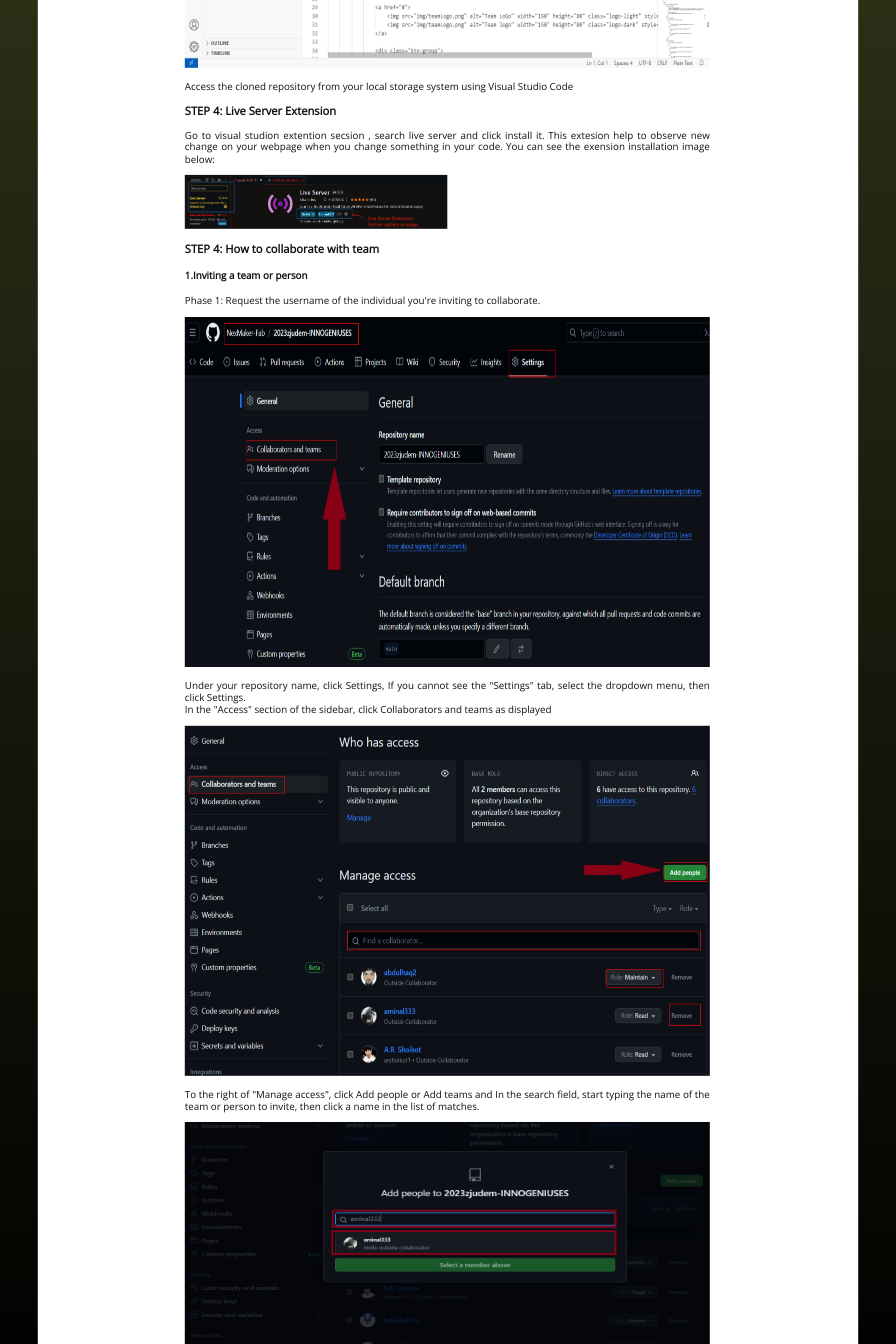
Repository: NexMaker-Fab/2023zjudem-INNOGENIUSES
Page: build web/page1.html
An editor plug-in stored every save of this project. The page is shown before and after the next save, followed by the edit.
The browser window is 1280 px wide. The pictures show the part of the page from y = 3637 to 5557 px (the page is 7563 px tall before and 7639 px after), at 70% of full size.

Above is the page before, as saved 2023-11-27 00:28:52.

### build web/page1.html
<!DOCTYPE html>
<html lang="en">

<head>
    <meta charset="utf-8">
    <meta http-equiv="X-UA-Compatible" content="IE=edge">
    <link rel="icon" href="img/favicon.ico" type="image/x-icon">
    <title>Build Website</title>
    <meta name="viewport" content="width=device-width, initial-scale=1">
    <!-- <meta name="Description" lang="en" content="open source x/html and css templates"> -->
    <meta name="author" content="mlp design">
    <meta name="robots" content="index, follow">
    <link rel="stylesheet" href="styles.css">
</head>

<body>
    <!--start wrapper-->
    <div id="wrapper">

        <!--start body-->
        <div id="body">

            <!--start header-->
            <div id="banner">
                <h1>HOW TO BUILD <em>WEB</em> </h1>
                <p></p>
                <!-- menu -->
                <label for="show-menu" class="responsive">&#9776;</label>
                <input type="checkbox" id="show-menu" role="button">
                <ul id="topnav">
                    <!-- <li><a class="active">Home</a></li> -->

                </ul>
                <!-- end menu -->
            </div>
            <!--end of header-->
            <!--start sidebar-->
            <div id="sidebar">
                <h2>GitHub</h2>
                <p>GitHub, is a platform and cloud-based service for software development and version control using Git, allowing developers to store and manage their code. It provides the distributed version control of Git plus access control, bug tracking,
                    software feature requests, task management, continuous integration, and wikis for every project. Headquartered in California, it has been a subsidiary of Microsoft since 2018. It is commonly used to host open source software development
                    projects.As of January 2023, GitHub reported having over 100 million developers and more than 372 million repositories, including at least 28 million public repositories.</p>

                <h2>Visual Studio Code</h2>
                <p>Visual Studio Code, also commonly referred to as VS Code,[12] is a source-code editor made by Microsoft with the Electron Framework, for Windows, Linux and macOS.[13] Features include support for debugging, syntax highlighting, intelligent
                    code completion, snippets, code refactoring, and embedded Git. Users can change the theme, keyboard shortcuts, preferences, and install extensions that add functionality. In the Stack Overflow 2023 Developer Survey, Visual Studio Code
                    was ranked the most popular developer environment tool among 86,544 respondents, with 73.71% reporting that they use it. It increased its use among those learning to code versus those developing as a profession (78% vs. 74%). </p>
            </div>
            <div class="clear"></div>
            <!--end of sidebar-->

            <!--start containter-->
            <div id="container">

                <!--start content-->
                <div id="content">
                    <!--post item-->
                    <div class="item">
                        <h3>STEP1: Prepare</h3>
                        <p>Setting up all essential tools for constructing the webpage:</p>

                        <ul>
                            <li><a href="https://git-scm.com/downloads">Git</a></li>
                            <li><a href="https://github.com">GitHub</a> </li>
                            <li><a href="https://desktop.github.com">GitHub desktop</a> </li>
                            <li><a href="https://code.visualstudio.com">VScode</a></li>
                            <li><a href="https://nodejs.org/en/about">Nodejs</a> </li>
                        </ul>

                        <h3>STEP 2: Pointers</h3>
                        <p>Visit <a href="https://github.com">Github</a> to create a repository; if needed, sign up. Once there, make your repository and set it Public so it's accessible to online users. Remember to add a README file—it's the place for a
                            detailed project description.
                        </p>
                        <img src="img/Create Repo 1.png" <figure>
                        <p>
                            <b>Note:</b>In this image repository, the owner is identified as aminal333. However, when working within an organization, the organization's name should be displayed instead.

                        </p>
                        </figure>

                        <img src="img/Create repo 2.png" <figure>
                        <p></p>
                        </figure>

                        <img src="img/git page.jpg" <figure>


                        </figure>

                        <h3>STEP 3: Local Settings</h3>
                        <p>Open GitHub Desktop, clone the repository you've created before, and then proceed to open it in Visual Studio Code.</p>
                        <img src="img/gitclone1.png" <figure>
                        <p> </p>
                        </figure>
                        <img src="img/clone open vs.png" <figure>
                        <p>Access the cloned repository from your local storage system using Visual Studio Code</p>
                        </figure>

                        <!-- Ramiz update-->

                        <h3>STEP 4: Live Server Extension</h3>
                        <p>Go to visual studion extention secsion , search live server and click install it. This extesion help to observe new change on your webpage when you change something in your code. You can see the exension installation image below:
                        </p>
                        <img src="img/Live Server.png" style="width:50%; height: fit-content;">

                        <h3>STEP 4: How to collaborate with team</h3>
                        <h4>1.Inviting a team or person</h4>
                        <p>Phase 1: Request the username of the individual you're inviting to collaborate.</p>

                        <img src="img/AA.png" <figure>
                        <p> Under your repository name, click Settings, If you cannot see the "Settings" tab, select the dropdown menu, then click Settings.<br> In the "Access" section of the sidebar, click Collaborators and teams as displayed </p>
                        </figure>
                        <img src="img/BB.png" <figure>
                        <p>To the right of "Manage access", click Add people or Add teams and In the search field, start typing the name of the team or person to invite, then click a name in the list of matches.
                        </p>
                        </figure>
                        <img src="img/CC.png" <figure>
                        <p>In the search field, start typing the name of the team or person to invite, then click a name in the list of matches.</p>
                        </figure>
                        <img src="img/DD.png" <figure>
                        <p> Under "Choose a role", select the repository role to grant to the team or person</p>
                        </figure>
                        <img src="img/EE.png" <figure>
                        <p>Under "Manage access", next to the team or person whose access you'd like to remove, click Remove</p>
                        </figure>
                        <img src="img/FF.png" <figure>
                        <p>Using this search box, you can easily find your team member</p>
                        </figure>

                    </div>
                    <!--another post item-->

                    <!--end of another post item-->
                </div>
                <!--end of content-->

            </div>
            <!--end of container-->

        </div>
        <!--end of body-->

        <!--start footer-->
        <div id="footer">
            <span class="left">2023 &copy; Copyright <a href="#">Allcode</a>. All rights reserved.</span>
            <p class="show-footer">2023 &copy; Copyright <a href="#">InnoGeniuses</a>. All rights reserved.<br /><a href="#">Contact</a> | </p>
        </div>
        <!--end of footer-->

    </div>
    <!--end of wrapper-->

    <!--start credits-->
    <!--//Under CC-NC 3.0, this portion must be left intact and must not be hidden.//-->
    <div id="credits">
        <span><a href="#" title="CSS &amp; ">CSS &amp; HTML</a> by InnoGeniuses<br />IDE@ZJU
    </div>
    <!--end of credits-->

</body>

</html>

### build web/styles.css
/*
Template Name: mlpdesign07.1 Khaki
Version: Pure CSS version
Author:webmasterneo, MLP Design
Author URI: http://www.mlpdesign.net/
*/


/* Global Settings */

@import url(https://fonts.googleapis.com/css?family=Open+Sans);
body {
    background: #000;
    background: -moz-linear-gradient(top, #7c803d 0%, #000000 75%, #000000 100%);
    background: -webkit-gradient(left top, left bottom, color-stop(0%, #7c803d), color-stop(75%, #000000), color-stop(100%, #000000));
    background: -webkit-linear-gradient(top, #7c803d 0%, #000000 75%, #000000 100%);
    background: -o-linear-gradient(top, #7c803d 0%, #000000 75%, #000000 100%);
    background: -ms-linear-gradient(top, #7c803d 0%, #000000 75%, #000000 100%);
    background: linear-gradient(to bottom, #7c803d 0%, #000000 75%, #000000 100%);
    filter: progid: DXImageTransform.Microsoft.gradient( startColorstr='#7c803d', endColorstr='#000000', GradientType=0);
    color: #111;
    margin: 0;
    font-family: 'Open Sans', sans-serif;
    font-size: 14px;
    line-height: 18px;
    min-width: 600px;
}

h1 {
    font-size: 40px;
    line-height: 24px;
}

h2 {
    font-size: 18px;
    line-height: 22px;
}

h3 {
    font-size: 16px;
    line-height: 20px;
}

a {
    background-color: inherit;
    color: rgb(0, 38, 255)122, 102, 153;
    text-decoration: none;
}

a:hover {
    text-decoration: underline;
}

blockquote {
    background-color: inherit;
    color: #999;
    font: italic 15px "Times New Roman", serif;
    border-left: 5px solid #996;
    padding: 2px 15px;
}


/* Wrapper Settings */

#wrapper {
    background: #fff;
    border: none;
    padding: 10px;
    margin: 1% auto;
    width: 90%;
}

#body {
    margin: 0;
}

#container {
    border-left: 50px;
    padding: 0;
    margin: 0;
}


/* Other Settings*/

#banner {
    position: relative;
    padding: 10px;
    height: 175px;
    border: 0px;
    color: #fff;
    background: #abab83;
    background: -moz-linear-gradient(top, #abab83 0%, #abab83 0%, #abab83 50%, #a1a172 51%, #a1a172 100%);
    background: -webkit-gradient(left top, left bottom, color-stop(0%, #abab83), color-stop(0%, #abab83), color-stop(50%, #abab83), color-stop(51%, #a1a172), color-stop(100%, #a1a172));
    background: -webkit-linear-gradient(top, #abab83 0%, #abab83 0%, #abab83 50%, #a1a172 51%, #a1a172 100%);
    background: -o-linear-gradient(top, #abab83 0%, #abab83 0%, #abab83 50%, #a1a172 51%, #a1a172 100%);
    background: -ms-linear-gradient(top, #abab83 0%, #abab83 0%, #abab83 50%, #a1a172 51%, #a1a172 100%);
    background: linear-gradient(to bottom, #abab83 0%, #abab83 0%, #abab83 50%, #a1a172 51%, #a1a172 100%);
    filter: progid: DXImageTransform.Microsoft.gradient( startColorstr='#abab83', endColorstr='#a1a172', GradientType=0);
}

#banner h1 {
    font-size: 32px;
}

#banner h1 em {
    font-style: normal;
    text-decoration: none;
    color: #111;
}

#show-menu {
    display: none;
}

.responsive {
    background-color: inherit;
    color: #fff;
    text-align: left;
    font-weight: normal;
    font-size: 1.5em;
    padding: 0;
    position: absolute;
    top: 80%;
    display: none;
}

ul#topnav {
    list-style-type: none;
    margin: 0 0 0 1%;
    display: table;
    padding: 0;
    overflow: hidden;
    width: 60%;
    position: absolute;
    bottom: 0;
}

ul#topnav li {
    display: table-cell;
    text-align: center;
}

ul#topnav li a {
    background: #333;
    color: #999;
    border: none;
    display: block;
    margin-right: 5px;
    padding: 5px 0px;
    text-decoration: none;
    font-size: 12px;
}

ul#topnav li a.active,
ul#topnav li a.active:hover {
    background: #fff;
    color: #333;
}

ul#topnav li a:hover {
    background: #cc9;
    color: #111;
}

#sidebar {
    background: #fff;
    float: right;
    width: 200px;
    margin: -175px 1% 50px auto;
    padding: 15px;
    font-size: 12px;
    -webkit-box-shadow: 25px 0px 25px -25px rgba(0, 0, 0, 0.45), -25px 0px 25px -25px rgba(0, 0, 0, 0.45);
    -moz-box-shadow: 25px 0px 25px -25px rgba(0, 0, 0, 0.45), -25px 0px 25px -25px rgba(0, 0, 0, 0.45);
    box-shadow: 25px 0px 25px -25px rgba(0, 0, 0, 0.45), -25px 0px 25px -25px rgba(0, 0, 0, 0.45);
    position: relative;
}

#sidebar h2 {
    background-color: inherit;
    color: #996;
    font: normal 16px Arial, sans-serif;
    border-bottom: 2px solid #996;
    padding: 8px 0 5px 0;
}

#sidebar ul {
    list-style: none;
    padding: 2px;
    margin: 0;
}

#sidebar ul li {
    list-style-position: inside;
    padding: 0 0 10px 20px;
    text-indent: -1em;
}

#sidebar ul li a {
    background-color: inherit;
    color: #333;
    text-decoration: none;
    padding: 5px 2px;
    display: block;
}

#sidebar ul li a:hover {
    background-color: #cc9;
    color: #fff;
}

#sidebar ul li a:before {
    content: "\00BB  ";
    color: #996;
}

#content {
    text-align: left;
    padding: 20px;
    width: 750px;
    padding-left: 200px;
}

#content h1 {
    font: normal 18px Arial, sans-serif;
    padding: 0;
}

#content ul {
    list-style: none;
}

#content ul li {
    padding: 2px 0 2px 10px;
    margin: 0;
}

#content ul li:before {
    content: "\00BB  ";
    color: rgb(51, 0, 255);
}

#content .item {
    line-height: 1.25em;
    margin: 0;
}

#content .item p {
    text-align: justify;
}

#content .item b {
    text-align: justify;
    color: red;
}

#content .item span {
    background-color: inherit;
    color: #999;
    font-size: 11px;
}

#content .item img {
    width: 750px;
    height: 500px;
}

#footer {
    padding: 10px;
    height: 20px;
    border: 0px;
    color: #333;
    font-size: 12px;
    background: #abab83;
    background: -moz-linear-gradient(top, #abab83 0%, #abab83 0%, #abab83 50%, #a1a172 51%, #a1a172 100%);
    background: -webkit-gradient(left top, left bottom, color-stop(0%, #abab83), color-stop(0%, #abab83), color-stop(50%, #abab83), color-stop(51%, #a1a172), color-stop(100%, #a1a172));
    background: -webkit-linear-gradient(top, #abab83 0%, #abab83 0%, #abab83 50%, #a1a172 51%, #a1a172 100%);
    background: -o-linear-gradient(top, #abab83 0%, #abab83 0%, #abab83 50%, #a1a172 51%, #a1a172 100%);
    background: -ms-linear-gradient(top, #abab83 0%, #abab83 0%, #abab83 50%, #a1a172 51%, #a1a172 100%);
    background: linear-gradient(to bottom, #abab83 0%, #abab83 0%, #abab83 50%, #a1a172 51%, #a1a172 100%);
    filter: progid: DXImageTransform.Microsoft.gradient( startColorstr='#abab83', endColorstr='#a1a172', GradientType=0);
    clear: both;
}

#footer a {
    background-color: inherit;
    color: #333;
}

#footer a:hover {
    background-color: inherit;
    color: #fff;
    text-decoration: none;
}

#footer span.left {
    text-align: left;
    padding-left: 15px;
    float: left;
}

#footer span.right {
    text-align: right;
    padding-right: 15px;
    float: right;
}

#footer p.show-footer {
    margin: 0;
    display: none;
}

#credits {
    width: 90%;
    background-color: inherit;
    color: #999;
    position: relative;
    bottom: 0;
    padding: 10px 0;
    font: normal 11px Arial, sans-serif;
    text-align: right;
    margin: 0 auto;
}

#credits a {
    background-color: inherit;
    color: #999;
    text-decoration: none;
}

#credits a:hover {
    background-color: inherit;
    color: #fff;
    text-decoration: none;
}


/* Begin responsive styles */

@media screen and (max-width: 700px) {
    body {
        font-size: 12px;
    }
    blockquote {
        font-size: 13px;
        border-left-width: 3px;
        padding: 1px 5px 1px 10px;
        margin: 0;
    }
    /* banner */
    /*#banner { height:170px;}*/
    #banner h1 {
        font-size: 28px;
    }
    #banner p {
        width: 60%;
    }
    /* menu */
    ul#topnav {
        display: none;
    }
    .responsive {
        display: block;
    }
    #show-menu:checked~ul#topnav {
        display: block;
        position: absolute;
        top: 100%;
        width: 50%;
        margin: 0 0 0 -8%;
        overflow: visible;
    }
    ul#topnav li {
        display: block;
        text-align: left;
        margin: 0 0 1px 15%;
    }
    ul#topnav li a {
        padding-left: 20px;
        border-radius: 0px;
        -moz-border-radius: 0px;
        -webkit-border-radius: 0px;
        font-size: 10px;
    }
    /*ul#topnav li a:hover { background: rgba(255,0,85,1); color:rgba(255,255,255,255);}*/
    ul#topnav li a.active,
    ul#topnav li a.active:hover {
        background: #eee;
        color: #000;
    }
    /* sidebar */
    #sidebar {
        width: 28%;
        padding: 5px;
        font-size: 10px;
        line-height: 1.25em;
    }
    #sidebar h2 {
        font-size: 12px;
    }
    /* content */
    #content {
        margin-right: 33%;
    }
    #content h1 {
        font-size: 14px;
        font-weight: bold;
    }
    #content .item span {
        font-size: 10px;
    }
    #content ul {
        margin-left: 0;
        padding-left: 0;
    }
    #content ul li {
        margin-left: 0;
        padding-left: 0;
    }
    /* footer */
    #footer {
        font-size: 10px;
        text-align: center;
        padding-bottom: 20px;
    }
    #footer span {
        display: none;
    }
    #footer p.show-footer {
        display: block;
    }
    #credits {
        font-size: 80%;
        text-align: center;
    }
}

After the next save:
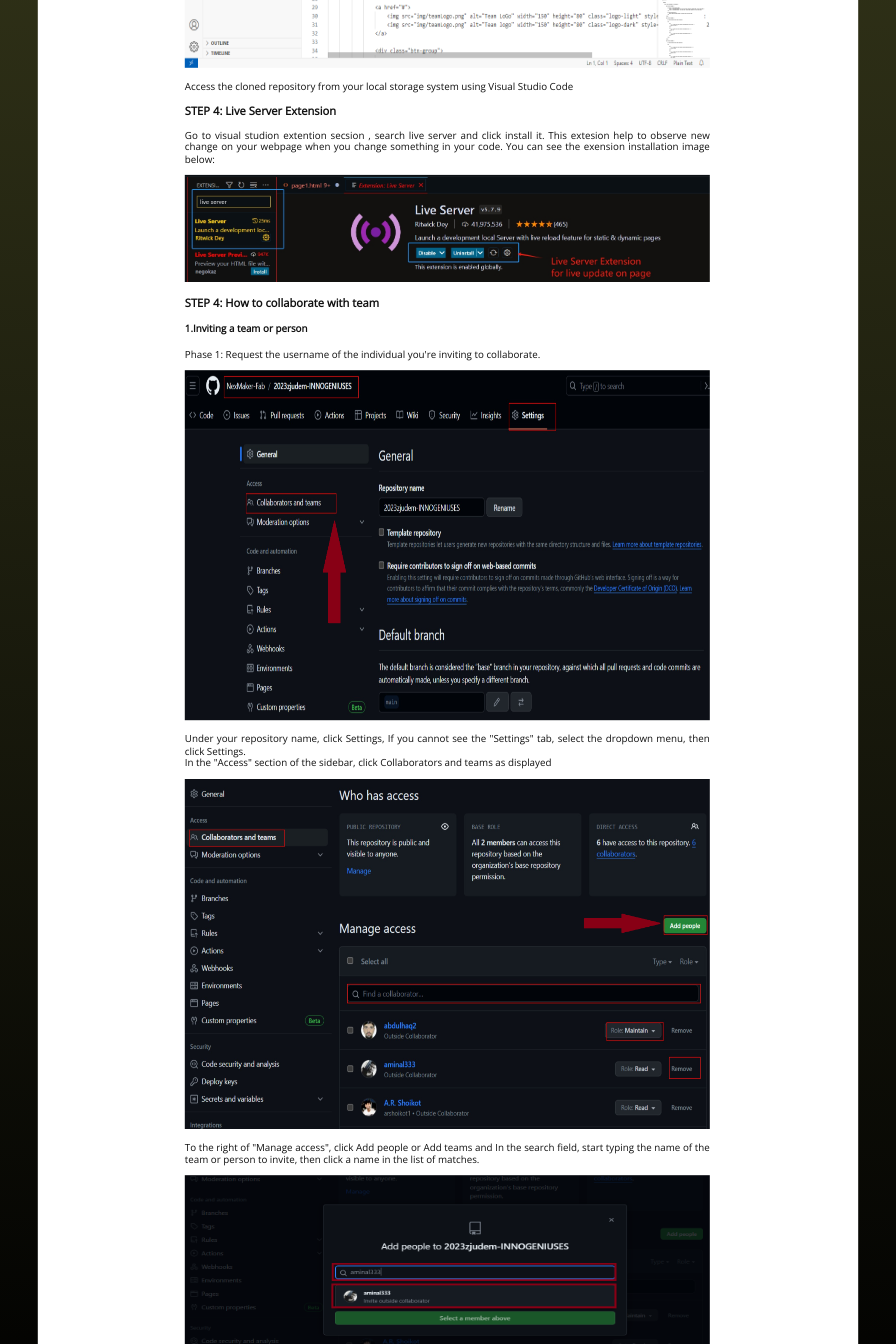
Saved 8 s later.
--- a/build web/page1.html
+++ b/build web/page1.html
@@ -101,7 +101,7 @@
                         <h3>STEP 4: Live Server Extension</h3>
                         <p>Go to visual studion extention secsion , search live server and click install it. This extesion help to observe new change on your webpage when you change something in your code. You can see the exension installation image below:
                         </p>
-                        <img src="img/Live Server.png" style="width:50%; height: fit-content;">
+                        <img src="img/Live Server.png" style="width:100%; height: fit-content;">
 
                         <h3>STEP 4: How to collaborate with team</h3>
                         <h4>1.Inviting a team or person</h4>
